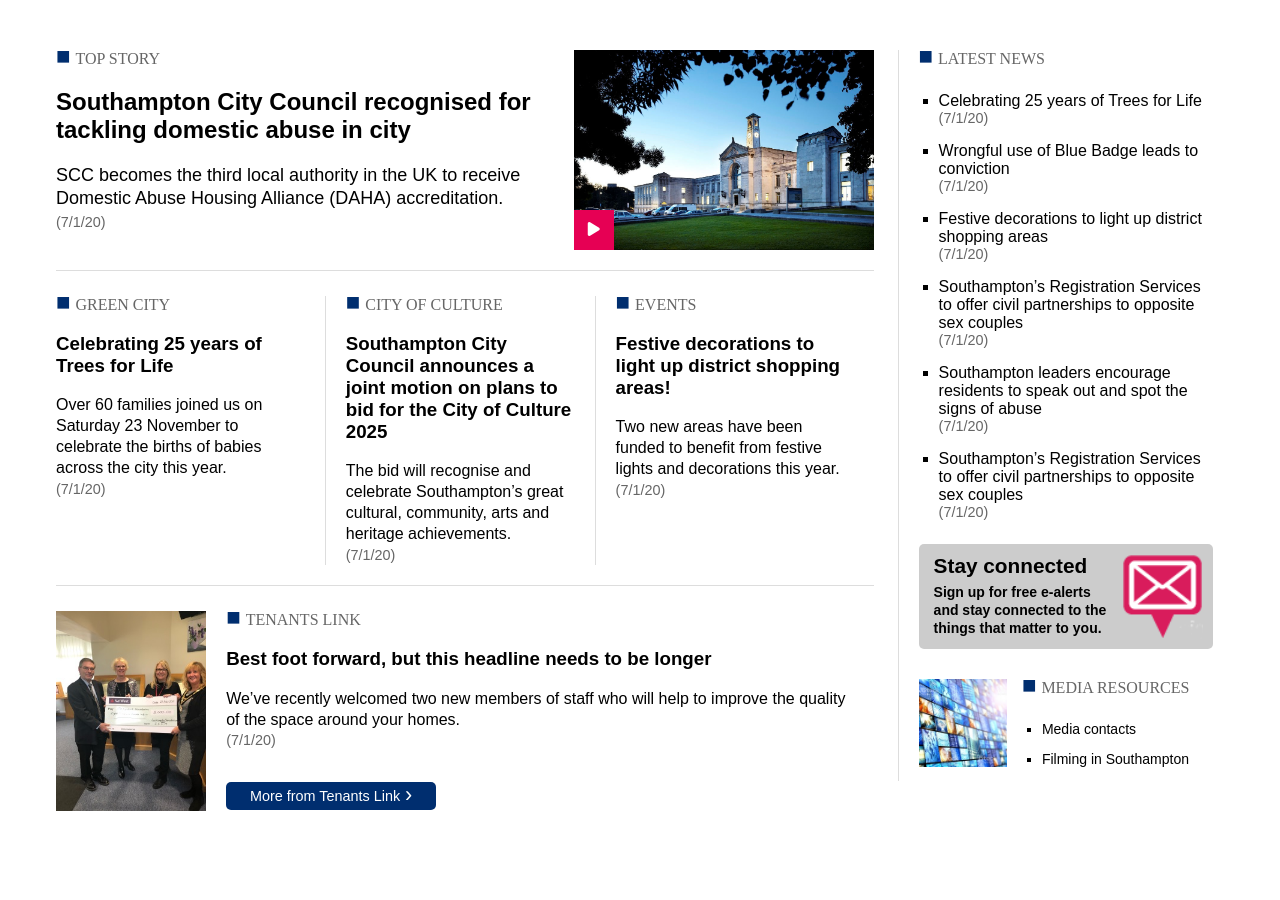
Repository: Domehead123/newspage
Page: index5.html
The author's editor kept a record of every edit. The page is drawn from the files as they stood at one moment, then again after the next edit.
The browser window is 1280 px wide. The pictures show the whole page.
Some web libraries are served in a nearby version.

Above is the page before.

### index5.html
<!DOCTYPE html>
<html lang="en">

<head>
    <meta charset="UTF-8">
    <meta name="viewport" content="width=device-width, initial-scale=1.0">
    <meta http-equiv="X-UA-Compatible" content="ie=edge">
    <script src="https://ajax.googleapis.com/ajax/libs/jquery/3.4.1/jquery.min.js"></script>

    <script src="https://kit.fontawesome.com/aae406265c.js" crossorigin="anonymous"></script>
    <link rel="stylesheet" href="https://cdnjs.cloudflare.com/ajax/libs/font-awesome/4.7.0/css/font-awesome.min.css">
    <link rel="stylesheet" href="news3.css" type="text/css" />
    <title>News & Events</title>
</head>

<body>
    <div class="page-width">

        <div class="split-page">
            <div class="top-row">
                <div class="top-story">

                    <a href="#"><span class="large-image-wrapper"><img class="top-large-pic" src="images/civic-centre-2.jpg"><span class="play"><i class="fas fa-play"></i></span></span></a>
                    <div class="subject-header">TOP STORY</div>


                    <h2><a href="#">

Southampton City Council recognised for tackling domestic abuse in city</a></h2>
                    <p><a href="#"><span class="small-image-wrapper"><img class="top-small-pic" src="images/civic-centre-2.jpg"><span class="play"></span></span>SCC becomes the third local authority in the UK to receive Domestic Abuse Housing Alliance (DAHA) accreditation. <span class="date">(7/1/20)</a></p>

                </div>
            </div>




            <div class="middle-row">
                <div class="topic right-border">
                    <div class="subject-header ">GREEN CITY</div>

                    <h3><a href="#">
Celebrating 25 years of Trees for Life
 </a></h3>
                    <p><a href="#">Over 60 families joined us on Saturday 23 November to celebrate the births of babies across the city this year.<span class="date">(7/1/20)</span></a></p>
                </div>
                <div class="topic right-border">
                    <div class="subject-header">CITY OF CULTURE</div>

                    <h3><a href="#">Southampton City Council announces a joint motion on plans to bid for the City of Culture 2025</a></h3>
                    <p><a href="#">The bid will recognise and celebrate Southampton’s great cultural, community, arts and heritage achievements. <span class="date">(7/1/20)</span></a></p>
                </div>

                <div class="topic">
                    <div class="subject-header ">EVENTS</div>

                    <h3><a href="#">
Festive decorations to light up district shopping areas!
 </a></h3>
                    <p><a href="#">Two new areas have been funded to benefit from festive lights and decorations this year. <span class="date">(7/1/20)</span></a></p>

                </div>

            </div>

            <div class="latest-news">
                <div class="subject-header">LATEST NEWS</div>

                <ul>
                    <li><a href="#">Celebrating 25 years of Trees for Life <span class="date">(7/1/20)</span></a></li>
                    <li><a href="#">Wrongful use of Blue Badge leads to conviction <span class="date">(7/1/20)</span></a></li>
                    <li><a href="#">Festive decorations to light up district shopping areas <span class="date">(7/1/20)</span></a></li>
                    <li><a href="#">Southampton’s Registration Services to offer civil partnerships to opposite sex couples<span class="date">(7/1/20)</span></a></li>
                    <li><a href="#">Southampton leaders encourage residents to speak out and spot the signs of abuse<span class="date">(7/1/20)</span></a></li>
                    <li><a href="#">Southampton’s Registration Services to offer civil partnerships to opposite sex couples<span class="date">(7/1/20)</span></a></li>
                </ul>
                <p class="more centre"><a href="#">News archive</a></p>
            </div>


            <div class="bottom-row">

                <div class="tenants-container">
                    <div class="tenants"><a href="#"><img class="bottom-large-pic" src="images/lipstick.jpg"></a>

                        <div class="subject-header ">TENANTS LINK</div>

                        <h3><a href="#">Best foot forward, but this headline needs to be longer</a></h3>
                        <p><a href="#"><img class="bottom-small-pic" src="images/lipstick.jpg">We’ve recently welcomed two new members of staff who will help to improve the quality of the space around your homes. <span class="date">(7/1/20)</span></a></p>

                    </div>
                    <p class="more"><a href="#">More from Tenants Link</a></p>
                </div>




            </div>




        </div>

        <div class="side-panel">

            <div class="latest-news">
                <div class="subject-header">LATEST NEWS</div>

                <ul>
                    <li><a href="#">Celebrating 25 years of Trees for Life <span class="date">(7/1/20)</span></a></li>
                    <li><a href="#">Wrongful use of Blue Badge leads to conviction <span class="date">(7/1/20)</span></a></li>
                    <li><a href="#">Festive decorations to light up district shopping areas <span class="date">(7/1/20)</span></a></li>
                    <li><a href="#">Southampton’s Registration Services to offer civil partnerships to opposite sex couples<span class="date">(7/1/20)</span></a></li>
                    <li><a href="#">Southampton leaders encourage residents to speak out and spot the signs of abuse<span class="date">(7/1/20)</span></a></li>
                    <li><a href="#">Southampton’s Registration Services to offer civil partnerships to opposite sex couples<span class="date">(7/1/20)</span></a></li>
                </ul>
            </div>
            <div class="extras">

                <div class="connected">

                    <a href="#"><img src="images/connected.png"></a>
                    <h2><a href="#">Stay connected</a></h2>

                    <p><a href="#">Sign up for free e-alerts and stay connected to the things that matter to you.</a></p>
                </div>

                <div class="media">
                    <a href="#"><img src="images/media2.jpg"></a>


                    <div class="subject-header">MEDIA RESOURCES</div>

                    <ul>
                        <li><a href="#">Media contacts</a></li>
                        <li><a href="#">Filming in Southampton</a></li>

                    </ul>

                </div>

            </div>






        </div>






</body>

</html>

### news3.css
/* REMOVE LEFT-HAND NAV */

.sidebar__content {
    display: none !important;
}

.page-body {
    left: 0 !important;
    width: 100% !important;
    font-size: 20px;
}

.page-width {
    max-width: 1168px;
    margin: 50px auto;
    padding: 0 25px;
}


/* GENERAL STYLING AND LINKS */

h2,
h3,
h4,
li,
p {
    font-family: "franklin-gothic-urw", sans-serif;
}


p {
    font-size: 18px;
    line-height: 130%;
}


a {
    color: #000;
    text-decoration: none;
    transition: 0.4s all;
}

.centre {
    margin: 0 auto;
}


.topic:hover a,
.top-story:hover a,
.tenants:hover a,
.latest-news a:hover,
.connected:hover a,
.more a:hover,
.media a:hover {
    text-decoration: underline;
}

.subject-header {
    color: #666;
}

.subject-header:before {
    content: "\25A0";
    line-height: 0;
    font-size: 1.5em;
    color: #002e6f;
    margin-right: 5px;
}

.date {
    color: #666;
    font-size: 14.4px;
    display: block;
}

/* MAIN CONTENT */

.split-page {
    display: inline-block;
    vertical-align: top;
    width: 70%;
}


.split-page .latest-news {
    padding: 25px 0;
    display: none;
    border-bottom: 1px solid #ddd;
    margin-bottom: 0;
}

.top-row {
    display: flex;
    border-bottom: 1px solid #ddd;
}

.middle-row {
    clear: both;
    display: flex;
    flex-wrap: wrap;
    border-bottom: 1px solid #ddd;
    padding: 25px 0 20px 0;
}

.bottom-row {
    clear: both;
    display: flex;
    padding: 25px 0;
}

.top-story {
    margin: 0;
    box-sizing: border-box;
    position: relative;
}

.top-story::after {
    content: "";
    clear: both;
    display: table;
}

.large-image-wrapper {
    display: block;
    margin: 0 0 20px 20px;
    height: 200px;
    float: right;
    position: relative;
}

.small-image-wrapper {
    display: none;
    float: right;
    margin: 0 0 20px 20px;
    height: 100px;
    position: relative;
}

.large-image-wrapper img,
.small-image-wrapper img {
    height: 100%;
}

.play {
    display: block;
    width: 40px;
    height: 40px;
    background: #e60054;
    position: absolute;
    left: 0;
    bottom: 0;
    float: right;
    color: #fff;
    text-align: center;
}

.large-image-wrapper .play {
    width: 40px;
    height: 40px;
    line-height: 40px;
}

.small-image-wrapper .play {
    width: 30px;
    height: 30px;
    line-height: 30px;
    font-size: 0.7em;
}

.large-video {
    float: right;
    width: 560px;
    height: 315px;
    margin: 0 0 20px 15px;
}

.small-video {
    display: none;
    width: 300px;
    height: 169px;
    float: right;
    margin: 0 0 20px 15px;
}

.topic {
    width: 33%;
    padding: 0 20px;
    box-sizing: border-box;
    display: inline-block;
    vertical-align: top;
}


.topic p {
    font-size: 16px;
    margin-bottom: 0;
}

.tenants p {
    font-size: 16px;
}

.topic:nth-child(1) {
    padding: 0 20px 0 0;
    border-right: 1px solid #ddd;
}

.topic:nth-child(2) {
    border-right: 1px solid #ddd;
}

.lower-stories {
    border-right: 1px solid #ddd;
}

.bottom-large-pic {
    height: 200px;
    margin-right: 20px;
    float: left;
}

.bottom-small-pic {
    display: none;
    float: right;
    margin: 0 0 20px 20px;
    height: 100px;
}

.tenants-container {
    margin-right: 20px;
    box-sizing: border-box;
    display: inline-block;
    vertical-align: top;
}

.more {
    font-size: 0.9em;
    background: #002e6f;
    width: 200px;
    padding: 5px;
    text-align: center;
    border-radius: 5px;
}

.tenants-container .more {
    float: left;
}

.more a {
    color: #fff;
}

.more::after {
    content: "\203A";
    color: #fff;
    font-size: 1.5em;
    line-height: 0;
    margin-left: 5px;
    position: relative;
    top: 1px;
}



/* SIDE PANEL */

.side-panel {
    display: inline-block;
    vertical-align: top;
    width: 27%;
    margin-left: 20px;
    border-left: 1px solid #ddd;
    padding-left: 20px;
    box-sizing: border-box;
}

.latest-news {
    margin-bottom: 1.5em;
}

.latest-news ul,
.media ul {
    padding: 0 0 0 20px;
    margin-top: 1.5em;
}

.latest-news ul li,
.media ul li {
    margin: 0 0 1em 0;
    font-size: 16px;
    list-style-type: square;
}

.extras {
    display: flex;
    flex-wrap: wrap;
}


.connected {
    background: #ccc;
    padding: 10px 10px 10px 15px;
    border-radius: 5px;
    margin-bottom: 30px;
    width: 100%;
    box-sizing: border-box;
}

.connected img {
    float: right;
    height: 85px;
    margin-left: 10px;
}

.connected h2 {
    font-size: 1.3em;
    margin: 0 0 5px 0;
}

.connected p {
    font-size: 14px;
    font-weight: bold;
    margin: 0;
}


.connected::after {
    content: "";
    clear: both;
    display: table;
}

.media {
    width: 100%;

}

.media img {
    float: left;
    width: 30%;
    margin-right: 15px;
}

.media ul {
    padding: 0 0 0 20px;
    margin-top: 1.5em;
    margin-bottom: 0;
    display: inline-block;
    box-sizing: border-box;
    width: 60%;
}

.media ul li {
    margin: 0 0 1em 0;
    list-style-type: square;
    font-size: 14px;
}

.extras {
    display: flex;
}

@media only screen and (max-width: 1150px) {
    .large-video {
        display: none;
    }

    .small-video {
        display: block;
    }

}


@media only screen and (max-width: 1000px) {
    .split-page {
        width: 100%;
    }

    .side-panel {
        width: 100%;
        border-left: 0;
        margin: 0;
        padding: 0;
    }

    .split-page .latest-news {
        display: block
    }

    .side-panel .latest-news {
        display: none;
    }

    .connected {
        width: 45%;
        margin-right: 25px;
        margin-bottom: 0;
    }

    .media {
        width: 45%;
        border: 1px solid #ddd;
        padding: 15px;
        border-radius: 5px;
        box-sizing: content-box;
    }

}


@media only screen and (max-width: 750px) {
    .large-image-wrapper {
        display: none;
    }

    .small-image-wrapper {
        display: block;
    }

    .bottom-large-pic {
        display: none;
    }

    .bottom-small-pic {
        display: block;
    }

    .tenants-container {
        margin-right: 0;
    }

    .tenants-container .more {
        float: none;
        margin: 10px auto;
        clear: both;
    }

}


@media only screen and (max-width: 660px) {
    .connected {
        width: 100%;
        margin-right: 0;
        margin-bottom: 25px;
    }

    .media {
        width: 100%;
    }

    .media img {
        height: 100px;
        width: auto;
    }



}


@media only screen and (max-width: 600px) {
    .topic {
        width: 100%;
    }

    .topic:nth-child(1) {
        padding: 0 0 25px 0;
        border-right: 0;
        border-bottom: 1px solid #ddd;
    }

    .topic:nth-child(2) {
        padding: 25px 0;
        border-right: 0;
        border-bottom: 1px solid #ddd;
    }

    .topic:nth-child(3) {
        padding: 25px 0 0 0;
    }

}

@media only screen and (max-width: 500px) {

    .small-video {
        width: 100%;
        min-height: 210px;
    }

}


@media only screen and (max-width: 450px) {

    .top-small-pic,
    .bottom-small-pic {
        height: auto;
        width: 100%;
    }

    .small-video {
        width: 100%;
        min-height: 230px;
    }

}



@media only screen and (max-width: 400px) {

    .media img {
        display: none;
    }


}

After the next edit:
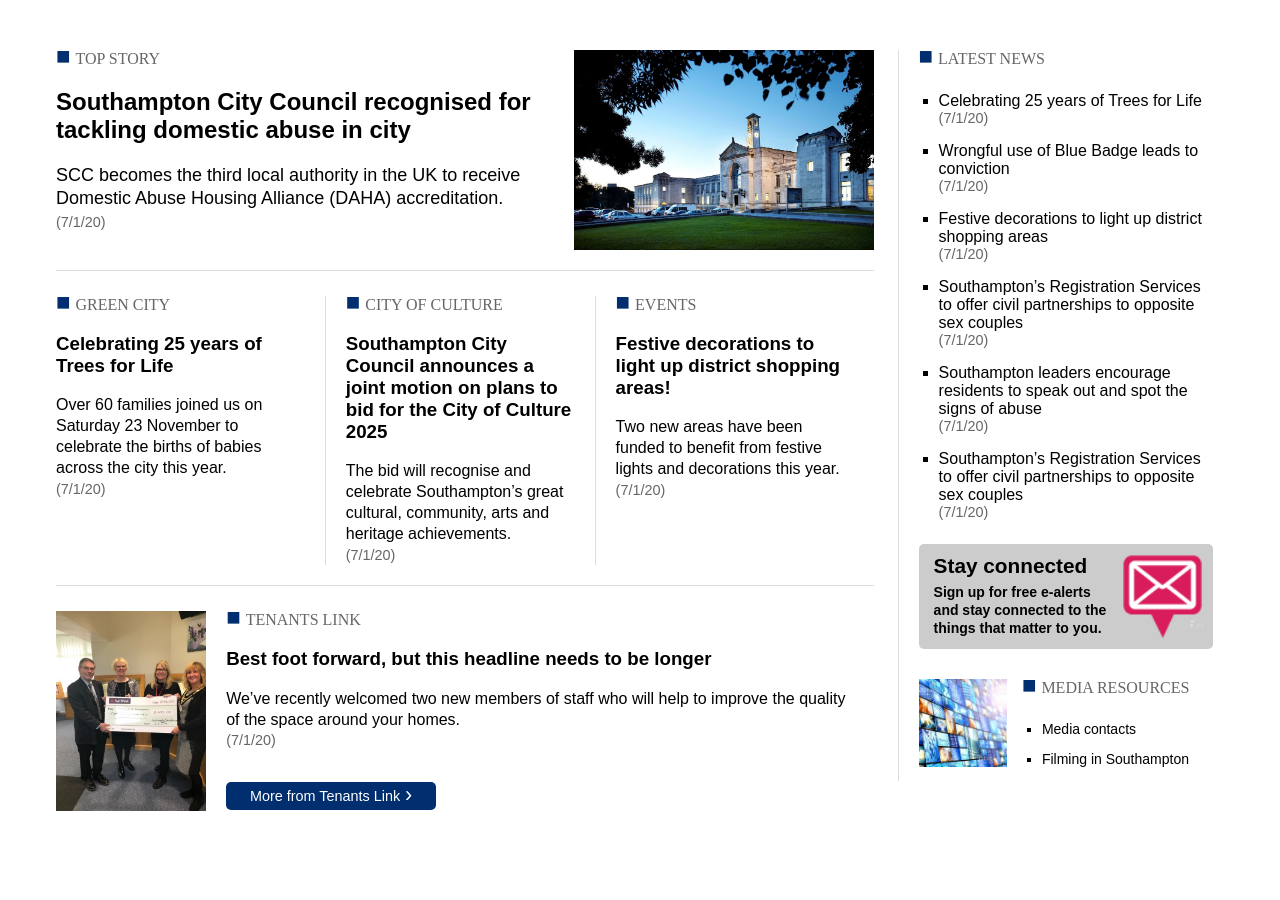
The edit:
--- a/index5.html
+++ b/index5.html
@@ -20,7 +20,7 @@
             <div class="top-row">
                 <div class="top-story">
 
-                    <a href="#"><span class="large-image-wrapper"><img class="top-large-pic" src="images/civic-centre-2.jpg"><span class="play"><i class="fas fa-play"></i></span></span></a>
+                    <a href="#"><span class="large-image-wrapper"><img class="top-large-pic" src="images/civic-centre-2.jpg"></span></a>
                     <div class="subject-header">TOP STORY</div>
 
 
